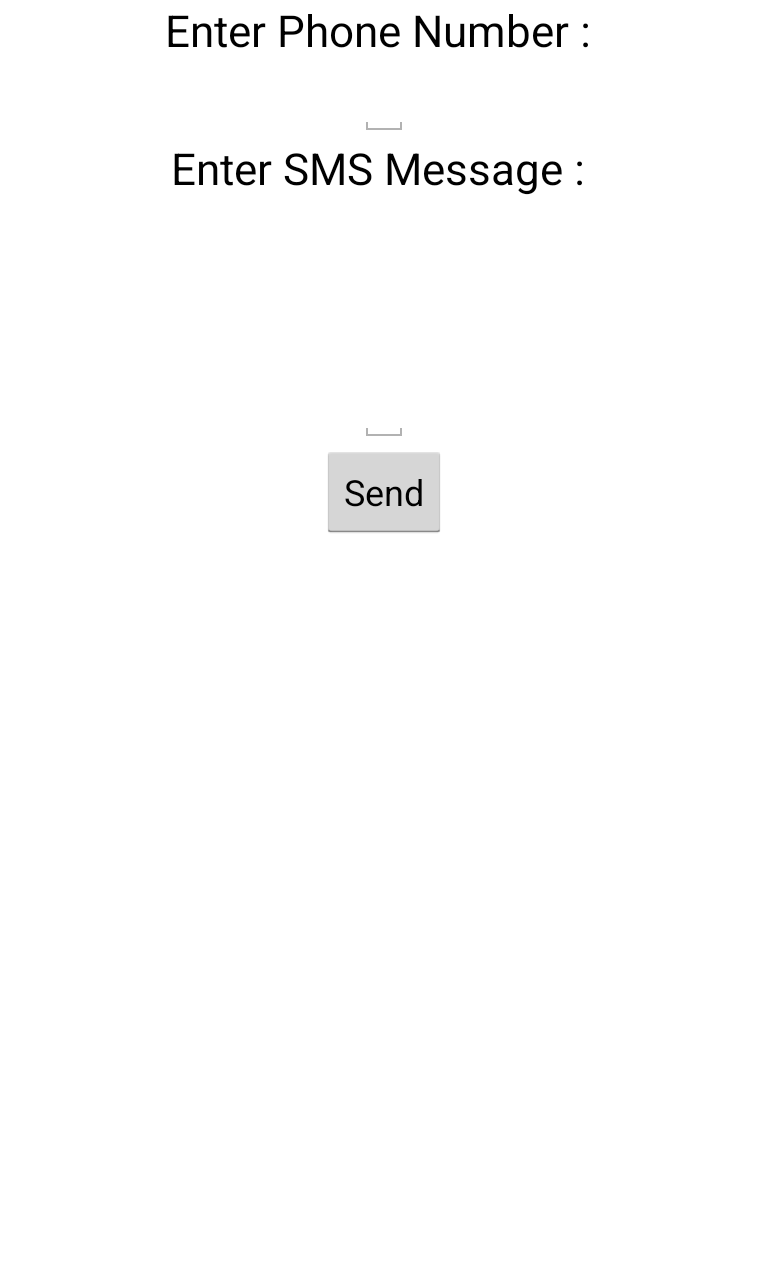
Repository: maya-alba/BasicInterface
Layout: SendSMS/res/layout/send_layout.xml
These files come from the project's save history. The layout is drawn as it stood at one moment and after the next save; the edit follows.
It is drawn on a 768 x 1280 px phone screen (xhdpi) without system bars, with theme AppTheme; the app's code is not run.

Above is the layout before, as saved 2014-03-23 03:51:26.

After the next save:
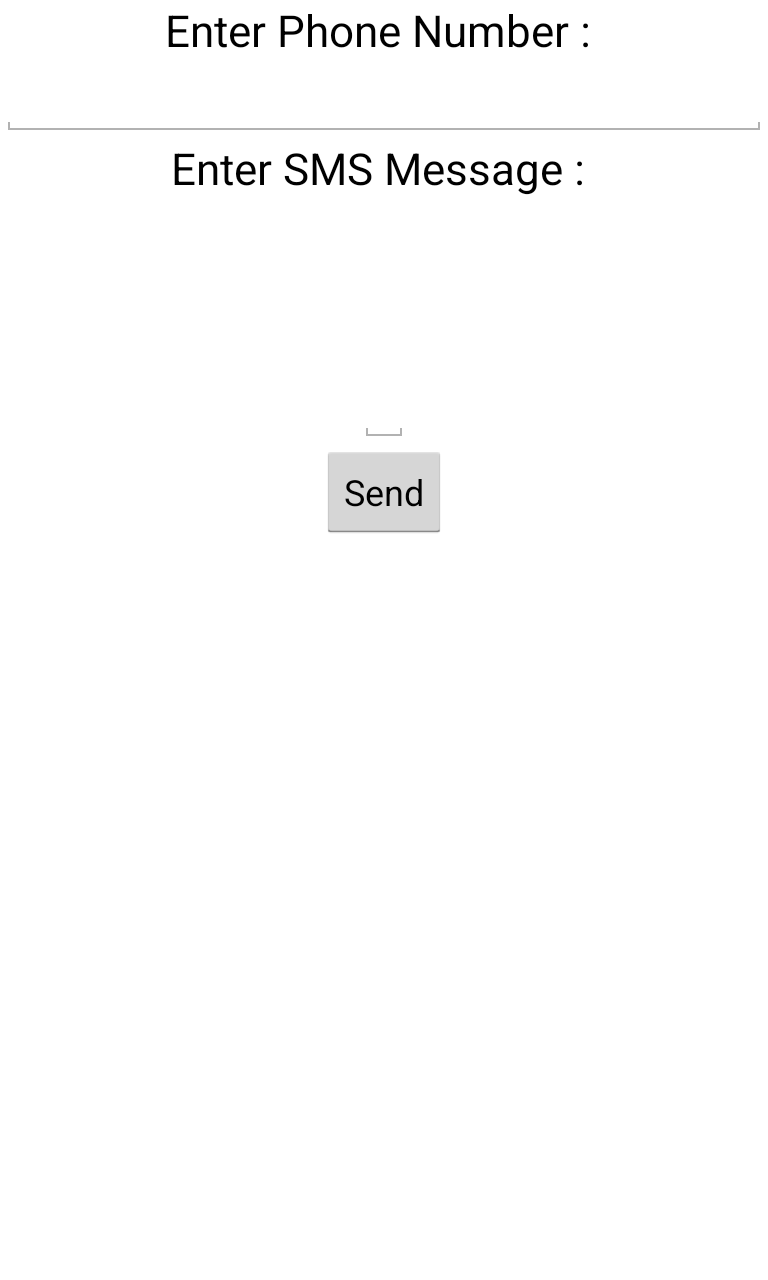
Saved 49 s later.
--- a/SendSMS/res/layout/send_layout.xml
+++ b/SendSMS/res/layout/send_layout.xml
@@ -15,9 +15,10 @@
 
     <EditText
         android:id="@+id/editTextPhoneNo"
-        android:layout_width="wrap_content"
+        android:layout_width="fill_parent"
         android:layout_height="wrap_content"
         android:layout_gravity="center_horizontal"
+        android:layout_marginLeft="30dpi"
         android:phoneNumber="true" >
     </EditText>
 
